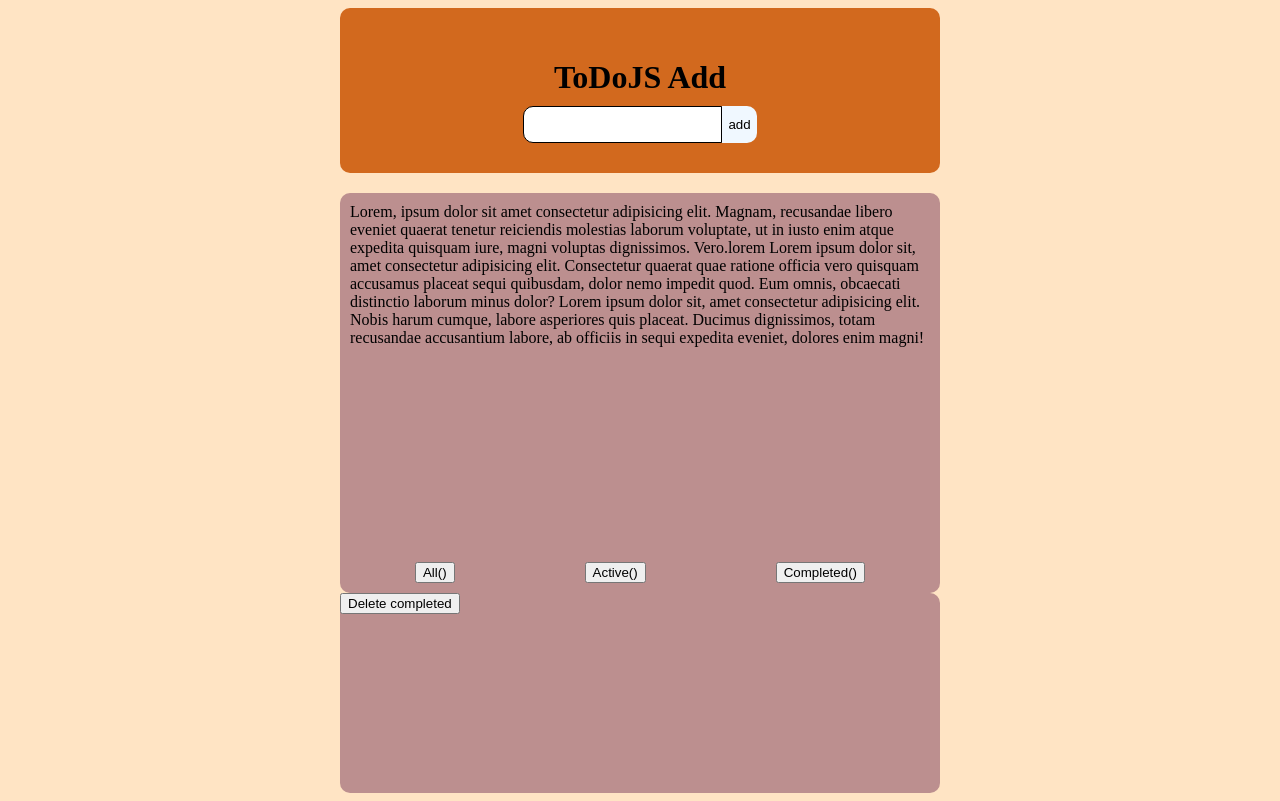
Repository: Savich01/ToDo
Page: index.html
The author's editor kept a copy of each file at every save. The page is drawn from the files as they stood at one save, then again after the next save.
The browser window is 1280 px wide. The pictures show the whole page.

Above is the page before, as saved 2024-05-03 15:32:39.

After the next save:
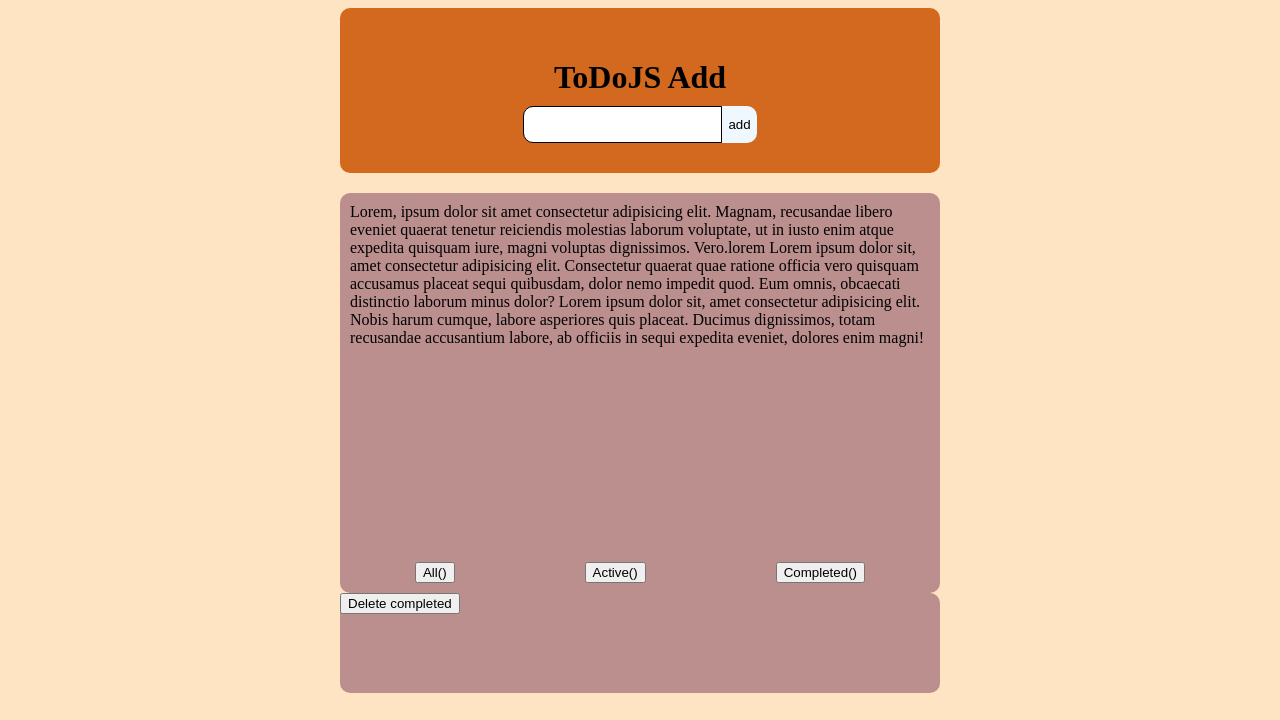
Saved 7 s later.
--- a/css/style.css
+++ b/css/style.css
@@ -69,7 +69,7 @@ body {
     max-width: 600px;
     margin: 0 auto;
     background: #BC8F8F;
-    height: 200px;
+    height: 100px;
     border-radius: 10px;
     /* display:flex;
     flex-direction: column;
